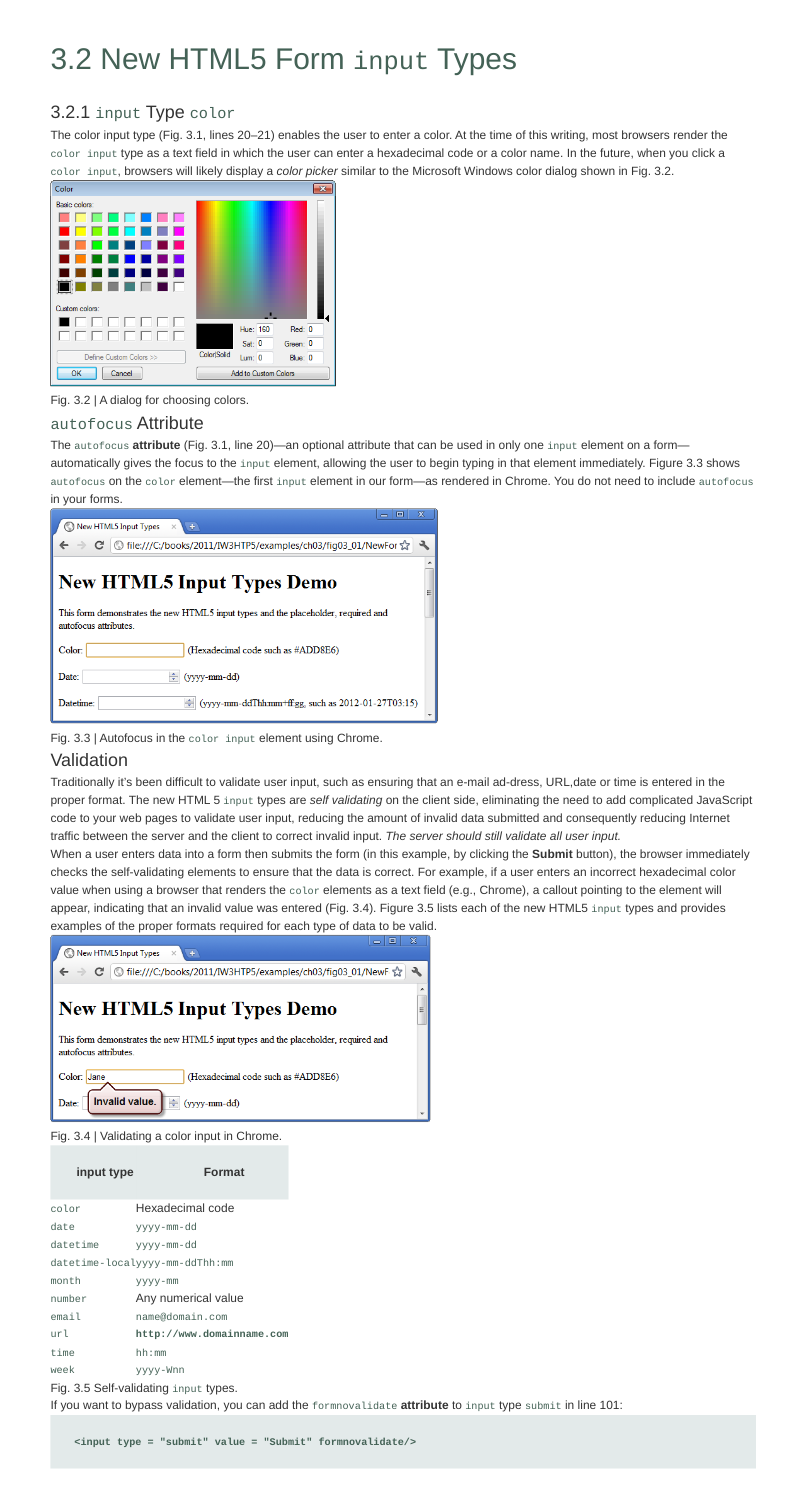
Repository: mlmEFSC21/P4-Textbook-Copy
Page: index.html
An editor plug-in stored every save of this project. The page is shown before and after the next save, followed by the edit.
The browser window is 1280 px wide. The pictures show the whole page, at 63% of full size.

Above is the page before, as saved 2022-02-03 16:54:57.

### index.html
<!DOCTYPE html>
<html lang="en">
    <head>
        <meta charset="UTF-8" />
        <meta http-equiv="X-UA-Compatible" content="IE=edge" />
        <meta name="viewport" content="width=device-width, initial-scale=1.0" />
        <link rel="stylesheet" href="bookStyles.css" />
        <title>Laying Out Book Pages</title>
    </head>
    <header>
        <h1>
            3.2 New HTML5 Form <code><span class="header1">input</span></code> Types
        </h1>
    </header>
    <body>
        <section class="color-input-type">
            <header>
                <h2>3.2.1 <code>input</code> Type <code>color</code></h2>
            </header>
            <p>
                The color input type (Fig. 3.1, lines 20–21) enables the user to enter a color. At
                the time of this writing, most browsers render the <code>color input</code> type as
                a text field in which the user can enter a hexadecimal code or a color name. In the
                future, when you click a <code>color input</code>, browsers will likely display a
                <em>color picker</em> similar to the Microsoft Windows color dialog shown in Fig.
                3.2.
            </p>
            <figure>
                <img src="images\OperaColorInput.png" alt="Microsoft Windows color dialog" />
                <figcaption>Fig. 3.2 | A dialog for choosing colors.</figcaption>
            </figure>
        </section>
        <section class="autofocus-attribute">
            <header>
                <h2><code>autofocus</code> Attribute</h2>
            </header>
            <p>
                The <code>autofocus</code> <strong>attribute</strong> (Fig. 3.1, line 20)—an
                optional attribute that can be used in only one <code>input</code> element on a
                form—automatically gives the focus to the <code>input</code> element, allowing the
                user to begin typing in that element immediately. Figure 3.3 shows
                <code>autofocus</code> on the <code>color</code> element—the first
                <code>input</code> element in our form—as rendered in Chrome. You do not need to
                include <code>autofocus</code> in your forms.
            </p>
            <figure>
                <img
                    src="images\Autofocus.png"
                    alt="web page demo of autofocus on a color input field"
                />
                <figcaption>
                    Fig. 3.3 | Autofocus in the <code>color input</code> element using Chrome.
                </figcaption>
            </figure>
        </section>
        <section class="input-validation">
            <header>
                <h2>Validation</h2>
            </header>
            <p>
                Traditionally it’s been difficult to validate user input, such as ensuring that an
                e-mail ad-dress, URL,date or time is entered in the proper format. The new HTML 5
                <code>input</code> types are <em>self validating</em> on the client side,
                eliminating the need to add complicated JavaScript code to your web pages to
                validate user input, reducing the amount of invalid data submitted and consequently
                reducing Internet traffic between the server and the client to correct invalid
                input. <em>The server should still validate all user input.</em>
            </p>
            <p>
                When a user enters data into a form then submits the form (in this example, by
                clicking the <strong>Submit</strong> button), the browser immediately checks the
                self-validating elements to ensure that the data is correct. For example, if a user
                enters an incorrect hexadecimal color value when using a browser that renders the
                <code>color</code> elements as a text field (e.g., Chrome), a callout pointing to
                the element will appear, indicating that an invalid value was entered (Fig. 3.4).
                Figure 3.5 lists each of the new HTML5 <code>input</code> types and provides
                examples of the proper formats required for each type of data to be valid.
            </p>
            <figure>
                <img
                    src="images\SelfValidationChrome.png"
                    alt="web page demo of validation preventing a non color input into a color input field"
                />
                <figcaption>Fig. 3.4 | Validating a color input in Chrome.</figcaption>
            </figure>
        </section>
        <section class="self-validating-types">
            <figure>
                <table class="validation-table">
                    <thead>
                        <th>input type</th>
                        <th>Format</th>
                    </thead>
                    <tr>
                        <td><code>color</code></td>
                        <td>Hexadecimal code</td>
                    </tr>
                    <tr>
                        <td><code>date</code></td>
                        <td><code>yyyy-mm-dd</code></td>
                    </tr>
                    <tr>
                        <td><code>datetime</code></td>
                        <td><code>yyyy-mm-dd</code></td>
                    </tr>
                    <tr>
                        <td><code>datetime-local</code></td>
                        <td><code>yyyy-mm-ddThh:mm</code></td>
                    </tr>
                    <tr>
                        <td><code>month</code></td>
                        <td><code>yyyy-mm</code></td>
                    </tr>
                    <tr>
                        <td><code>number</code></td>
                        <td>Any numerical value</td>
                    </tr>
                    <tr>
                        <td><code>email</code></td>
                        <td><code>name@domain.com</code></td>
                    </tr>
                    <tr>
                        <td><code>url</code></td>
                        <td>
                            <a href="http://www.domainname.com"
                                ><code>http://www.domainname.com</code></a
                            >
                        </td>
                    </tr>
                    <tr>
                        <td><code>time</code></td>
                        <td><code>hh:mm</code></td>
                    </tr>
                    <tr>
                        <td><code>week</code></td>
                        <td><code>yyyy-Wnn</code></td>
                    </tr>
                </table>
                <figcaption>Fig. 3.5 Self-validating <code>input</code> types.</figcaption>
            </figure>
            <aside>
                <p>
                    If you want to bypass validation, you can add the <code>formnovalidate</code>
                    <strong>attribute</strong> to <code>input</code> type <code>submit</code> in
                    line 101:
                </p>
                <div class="form-no-val">
                    <span class="code-heavy"
                        ><code
                            >&lt;input type = "submit" value = "Submit" formnovalidate/&gt;</code
                        ></span
                    >
                </div>
            </aside>
        </section>
    </body>
</html>

### bookStyles.css
:root {
    --clr-prime: #;
    --clr-background-accent: rgba(70, 114, 115, 0.15);
    --clr-font-links: #275b8a;
    --clr-font-prime: #333;
    --clr-font-code: #446256;
    --clr-font-figcap: darkgrey;
    --clr-background: white;
}
*,
*::before,
*::after {
    margin: 0;
    padding: 0;
    box-sizing: border-box;
}
html {
    font-size: 19px;
    font-family: sans-serif;
}
body {
    font-family: "Helvetica Neue", Helvetica, Arial, "Lucida Grande", sans-serif;
    margin: 57px 0;
    padding: 0 80px;
    padding: auto;
    line-height: 1.5;
    background-color: var(--clr-background);
    color: var(--clr-font-prime);
}
h1 {
    font-size: 2.5em;
    margin-top: 1.15em;
    margin-bottom: 0.6em;
    font-style: normal;
    font-weight: 300;
    line-height: 1.5;
}
h2 {
    font-weight: normal;
}
h1,
code {
    color: var(--clr-font-code);
}
code {
    font-family: Courier, "Courier New", monospace;
    font-size: 0.85em;
}
.code-heavy {
    font-weight: 900;
}
table {
    border-collapse: collapse;
}
a {
    color: var(--clr-font-links);
    text-decoration: none;
    font-weight: 700;
    cursor: pointer;
}
th,
div {
    padding: 1.5em 0 1.5em 2em;
    background-color: var(--clr-background-accent);
}

After the next save:
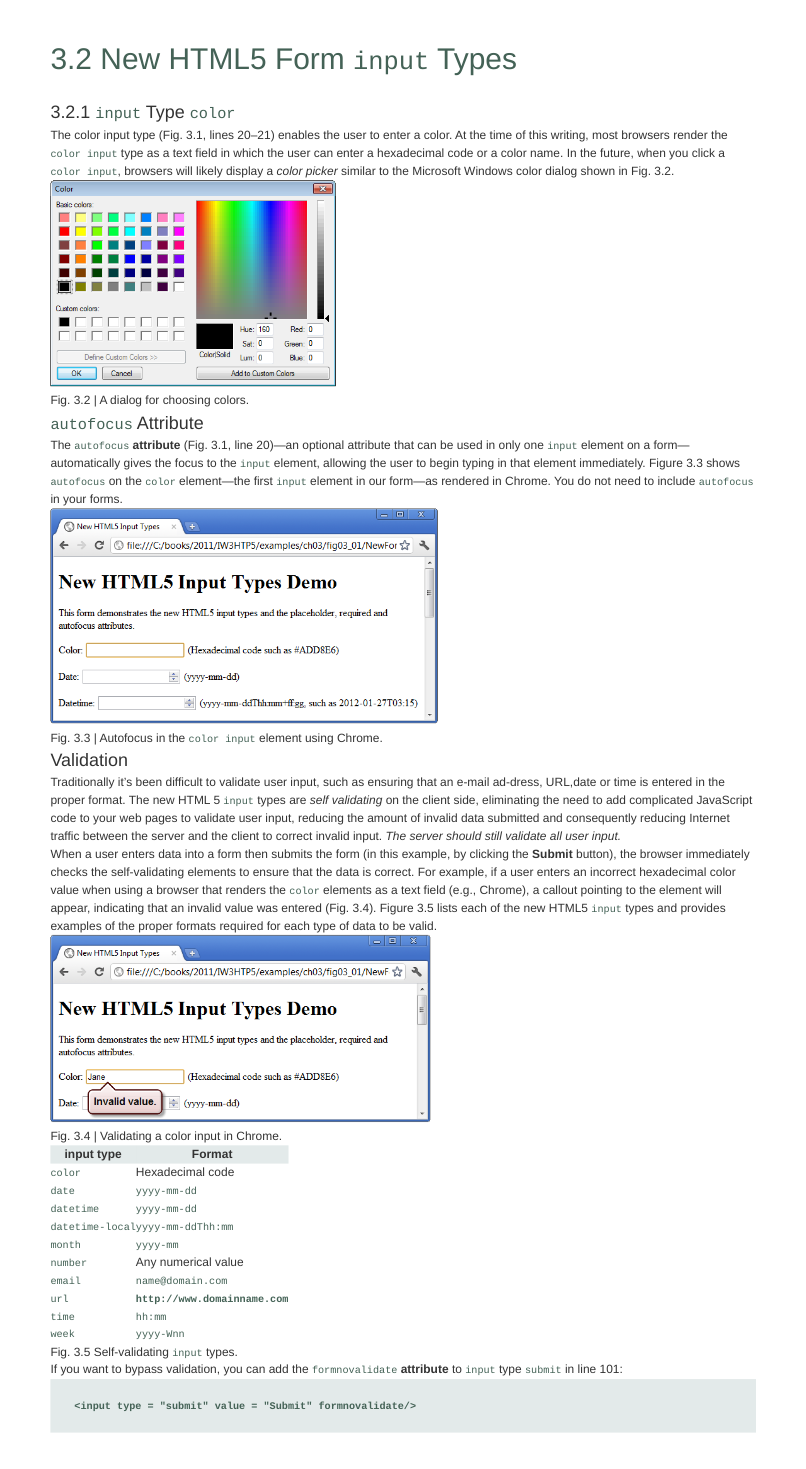
Saved 36 s later.
--- a/bookStyles.css
+++ b/bookStyles.css
@@ -58,8 +58,10 @@ a {
     font-weight: 700;
     cursor: pointer;
 }
+div {
+    padding: 1.5em 0 1.5em 2em;
+}
 th,
 div {
-    padding: 1.5em 0 1.5em 2em;
     background-color: var(--clr-background-accent);
 }
